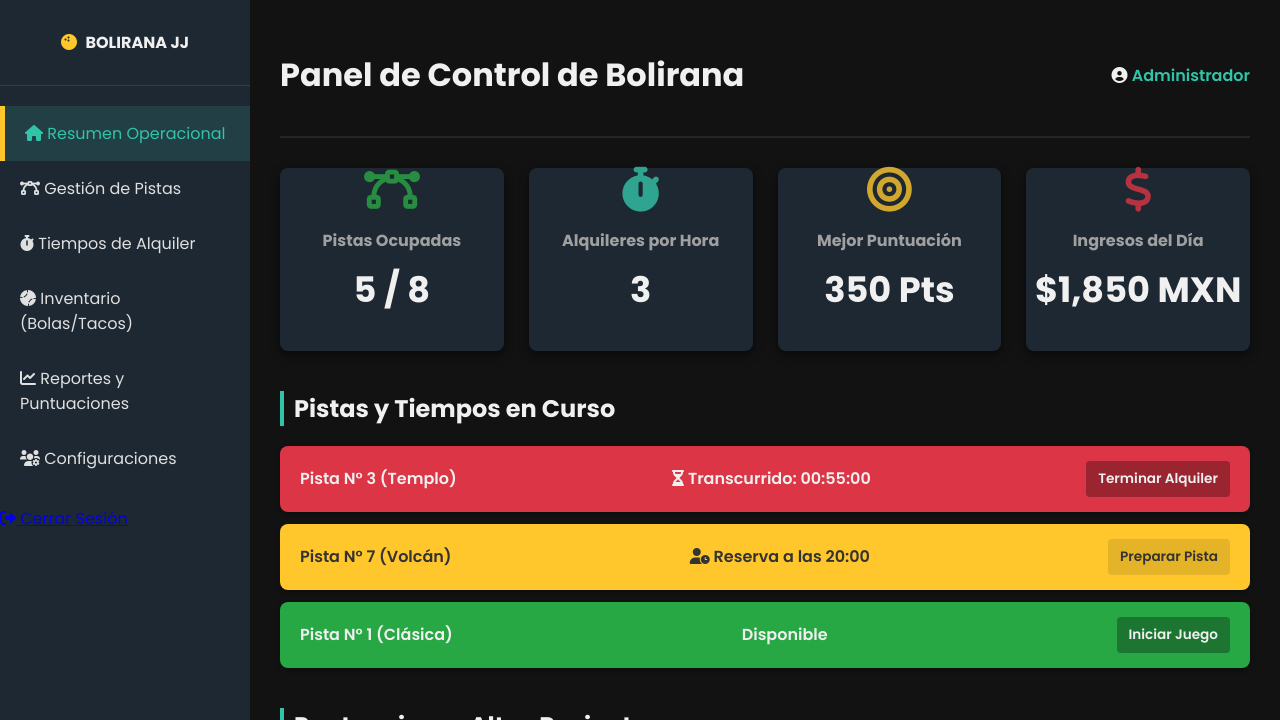
Repository: julianvargas55/ProyectoFormativoBilliarJJ
Page: http://localhost/administrador/Bolirana
The author's editor kept a copy of each file at every save. The page is drawn from the files as they stood at one save, then again after the next save.
The browser window is 1280 px wide. The pictures show the whole page.
An inner scrolling area shows only its first screen. The page is this project's Thymeleaf template; nobody is signed in. The template is opened directly, without the code that normally fills it, so the values that code supplies are empty.

Above is the page before, as saved 2025-10-10 19:51:20.

### test/src/main/resources/templates/administrador/Bolirana.html
<!DOCTYPE html>
<html lang="es">
<head>
    <meta charset="UTF-8">
    <meta name="viewport" content="width=device-width, initial-scale=1.0">
    <title>Dashboard Integral | BOLIRANA JJ</title>
    <link rel="stylesheet" href="/assets/css/bolirana.css">
    <link rel="stylesheet" href="https://cdnjs.cloudflare.com/ajax/libs/font-awesome/6.0.0-beta3/css/all.min.css">
</head>
<body>
    <div class="main-dashboard-container">

        <aside class="sidebar-menu">
            <div class="logo-sidebar">
                <i class="fas fa-bowling-ball"></i> BOLIRANA JJ
            </div>
            <nav>
                <ul>
                    <li class="active"><a href="#"><i class="fas fa-home"></i> Resumen Operacional</a></li>

                    <li><a href="#"><i class="fas fa-bezier-curve"></i> Gestión de Pistas</a></li>

                    <li><a href="#"><i class="fas fa-stopwatch"></i> Tiempos de Alquiler</a></li>

                    <li><a href="#"><i class="fas fa-baseball-ball"></i> Inventario (Bolas/Tacos)</a></li>

                    <li><a href="#"><i class="fas fa-chart-line"></i> Reportes y Puntuaciones</a></li>
                    <li><a href="#"><i class="fas fa-users-cog"></i> Configuraciones</a></li>
                </ul>
            </nav>
            <div class="sidebar-footer">
                <a href="#"><i class="fas fa-sign-out-alt"></i> Cerrar Sesión</a>
            </div>
        </aside>

        <main class="dashboard-content">

            <header class="dashboard-header">
                <h1>Panel de Control de Bolirana</h1>
                <div class="user-info">
                    <i class="fas fa-user-circle"></i>
                    <span style="color: var(--color-acento-principal);">Administrador</span>
                </div>
            </header>

            <section class="metrics-grid">

                <div class="metric-card">
                    <i class="fas fa-bezier-curve card-icon green"></i>
                    <h2>Pistas Ocupadas</h2>
                    <p class="value">5 / 8</p>
                </div>

                <div class="metric-card">
                    <i class="fas fa-stopwatch card-icon blue"></i>
                    <h2>Alquileres por Hora</h2>
                    <p class="value">3</p>
                </div>

                <div class="metric-card">
                    <i class="fas fa-bullseye card-icon yellow"></i>
                    <h2>Mejor Puntuación</h2>
                    <p class="value">350 Pts</p>
                </div>

                <div class="metric-card">
                    <i class="fas fa-dollar-sign card-icon red"></i>
                    <h2>Ingresos del Día</h2>
                    <p class="value">$1,850 MXN</p>
                </div>
            </section>

            <section class="live-tables">
                <h2>Pistas y Tiempos en Curso</h2>

                <div class="table-list">

                    <div class="table-item occupied">
                        <span class="table-number">Pista N° 3 (Templo)</span>
                        <span class="time-elapsed"><i class="fas fa-hourglass-half"></i> Transcurrido: 00:55:00</span>
                        <span class="action-btn">Terminar Alquiler</span>
                    </div>

                    <div class="table-item reserved">
                        <span class="table-number">Pista N° 7 (Volcán)</span>
                        <span class="time-elapsed"><i class="fas fa-user-clock"></i> Reserva a las 20:00</span>
                        <span class="action-btn">Preparar Pista</span>
                    </div>

                     <div class="table-item available">
                        <span class="table-number">Pista N° 1 (Clásica)</span>
                        <span class="time-elapsed">Disponible</span>
                        <span class="action-btn">Iniciar Juego</span>
                    </div>
                </div>
            </section>

            <section class="live-tables" style="margin-top: 40px;">
                <h2>Puntuaciones Altas Recientes</h2>
                <div class="table-list">

                    <div class="table-item" style="background-color: #31404d;">
                        <span class="table-number"><i class="fas fa-trophy"></i> Equipo "Los Maestros"</span>
                        <span class="time-elapsed">Pista 3 - Puntuación: 350 pts</span>
                        <span class="action-btn">Ver Historial</span>
                    </div>

                    <div class="table-item" style="background-color: #31404d;">
                        <span class="table-number"><i class="fas fa-star"></i> Jugador: Sofía M.</span>
                        <span class="time-elapsed">Pista 5 - Puntuación: 280 pts</span>
                        <span class="action-btn">Ver Historial</span>
                    </div>
                </div>
            </section>

        </main>
    </div>
</body>
</html>

### test/src/main/resources/static/assets/css/bolirana.css
/* ==========================================================
   TIPOGRAFÍA Y FUENTE EXTERNA
   ========================================================== */
@import url('https://fonts.googleapis.com/css2?family=Poppins:wght@300;400;600;700&display=swap');

/* ==========================================================
   1. VARIABLES Y ESTILOS GLOBALES
   ========================================================== */

/* Variables de Color Finales */
:root {
    --color-fondo-general: #121212;
    --color-panel-oscuro: #1e2832;
    --color-panel-claro: #26333e;
    --color-input-fondo: #31404d;
    --color-acento-principal: #32c4a9; /* Verde-Azul (Moderno) */
    --color-acento-secundario: #ffc72c; /* Amarillo/Dorado (Títulos/Alertas) */
    --color-texto-claro: #f0f0f0;
    --color-texto-gris: #a0a0a0;
    --border-radius-base: 8px;
}

body {
    font-family: 'Poppins', sans-serif;
    margin: 0;
    padding: 0;
    background-color: var(--color-fondo-general);
    color: var(--color-texto-claro);
    display: flex;
    justify-content: center;
    align-items: center;
    min-height: 100vh;
}

/* ----------------------------------------------------------
   2. LOGIN Y REGISTRO (Diseño de Dos Paneles)
   ---------------------------------------------------------- */

.main-container {
    width: 90%;
    max-width: 1200px;
    height: 80vh;
    background-color: var(--color-panel-claro);
    border-radius: 15px;
    box-shadow: 0 15px 40px rgba(0, 0, 0, 0.7);
    display: flex;
    flex-direction: column;
    overflow: hidden;
}

/* Barra Superior (Login/Registro) */
.top-bar {
    display: flex;
    justify-content: space-between;
    align-items: center;
    padding: 20px 40px;
    border-bottom: 1px solid rgba(255, 255, 255, 0.05);
}

.logo {
    font-weight: 700;
    font-size: 1.6em;
}

.login-button, .register-button {
    background-color: transparent;
    border: 1px solid var(--color-texto-gris);
    color: var(--color-texto-gris);
    padding: 8px 18px;
    border-radius: var(--border-radius-base);
    cursor: pointer;
    transition: all 0.3s ease;
}

.login-button:hover, .register-button:hover {
    background-color: var(--color-acento-principal);
    border-color: var(--color-acento-principal);
    color: var(--color-panel-oscuro);
}

/* Paneles de Contenido */
.content-wrapper {
    flex-grow: 1;
    display: flex;
}

.left-panel {
    flex: 0 0 350px;
    background-color: var(--color-panel-oscuro);
    padding: 40px;
    display: flex;
    flex-direction: column;
    justify-content: center;
}

.right-panel {
    flex-grow: 1;
    background: linear-gradient(to right, #26333e, #1e2832);
    display: flex;
    flex-direction: column;
    justify-content: center;
    align-items: center;
    text-align: center;
    padding: 40px;
}

.right-panel h1 {
    font-size: 5em;
    font-weight: 700;
    margin-bottom: 20px;
    letter-spacing: 4px;
    text-shadow: 0 0 15px rgba(0, 0, 0, 0.8);
}

.right-panel p {
    font-size: 1.1em;
    color: #c0c0c0;
    max-width: 600px;
    line-height: 1.6;
}

/* Formulario y Controles */
.input-group {
    position: relative;
    margin-bottom: 25px;
}

.input-group i {
    position: absolute;
    left: 15px;
    top: 50%;
    transform: translateY(-50%);
    color: var(--color-texto-gris);
    font-size: 1.1em;
    transition: color 0.3s;
}

.input-group input, .left-panel select, .left-panel textarea {
    width: 100%;
    padding: 12px 12px 12px 45px;
    border: none;
    border-radius: var(--border-radius-base);
    background-color: var(--color-input-fondo);
    color: var(--color-texto-claro);
    box-shadow: inset 2px 2px 5px rgba(0, 0, 0, 0.4);
    box-sizing: border-box;
    outline: none;
    transition: box-shadow 0.3s;
}

.input-group select {
    appearance: none;
}

.input-group input:focus, .left-panel select:focus, .left-panel textarea:focus {
    box-shadow: inset 1px 1px 2px rgba(0, 0, 0, 0.6), 0 0 0 3px var(--color-acento-principal);
}

.submit-button {
    width: 100%;
    padding: 15px;
    background-color: var(--color-acento-principal);
    color: var(--color-panel-oscuro);
    font-weight: 600;
    border: none;
    border-radius: var(--border-radius-base);
    cursor: pointer;
    margin-top: 20px;
    box-shadow: 0 5px 15px rgba(50, 196, 169, 0.4);
    transition: all 0.3s ease;
}

.submit-button:hover {
    background-color: #2ab398;
    transform: translateY(-2px);
    box-shadow: 0 8px 20px rgba(50, 196, 169, 0.5);
}

.login-link-bottom a, .forgot-password a {
    color: var(--color-acento-principal);
    text-decoration: none;
    font-weight: 600;
    transition: color 0.3s;
}

/* ----------------------------------------------------------
   3. DASHBOARDS (Menú Lateral - Billar, Tejo, Bolirana)
   ---------------------------------------------------------- */

.main-dashboard-container {
    display: flex;
    width: 100vw;
    height: 100vh;
    overflow: hidden;
    background-color: var(--color-fondo-general);
    max-width: none;
    border-radius: 0;
    box-shadow: none;
}

/* Sidebar */
.sidebar-menu {
    flex: 0 0 250px;
    background-color: var(--color-panel-oscuro);
    padding: 20px 0;
    display: flex;
    flex-direction: column;
}

.logo-sidebar {
    font-weight: 700;
    text-align: center;
    padding: 10px 0 30px 0;
    border-bottom: 1px solid rgba(255, 255, 255, 0.1);
}

.logo-sidebar i {
    color: var(--color-acento-secundario);
    margin-right: 5px;
}

.sidebar-menu nav ul {
    list-style: none;
    padding: 0;
    margin: 20px 0;
}

.sidebar-menu nav ul li a {
    display: block;
    padding: 15px 20px;
    color: #e0e0e0;
    text-decoration: none;
    transition: background-color 0.3s, color 0.3s;
}

.sidebar-menu nav ul li.active a {
    background-color: rgba(50, 196, 169, 0.15);
    color: var(--color-acento-principal);
    border-left: 5px solid var(--color-acento-secundario);
}

.sidebar-menu nav ul li a:hover {
    background-color: var(--color-input-fondo);
    color: var(--color-texto-claro);
}

/* Contenido Principal */
.dashboard-content {
    flex-grow: 1;
    padding: 30px;
    overflow-y: auto;
    background-color: var(--color-fondo-general);
}

.dashboard-header {
    display: flex;
    justify-content: space-between;
    align-items: center;
    margin-bottom: 30px;
    border-bottom: 2px solid rgba(255, 255, 255, 0.08);
    padding-bottom: 15px;
}

.user-info span {
    font-weight: 600;
    color: var(--color-acento-principal);
}

/* Métricas (Tarjetas) */
.metrics-grid {
    display: grid;
    grid-template-columns: repeat(auto-fit, minmax(220px, 1fr));
    gap: 25px;
    margin-bottom: 40px;
}

.metric-card {
    background-color: var(--color-panel-oscuro);
    border-radius: var(--border-radius-base);
    box-shadow: 0 4px 10px rgba(0, 0, 0, 0.5);
    text-align: center;
    transition: transform 0.3s;
}

.metric-card:hover {
    transform: translateY(-5px);
    box-shadow: 0 10px 20px rgba(0, 0, 0, 0.6);
}

.card-icon {
    font-size: 2.8em;
    margin-bottom: 10px;
    opacity: 0.8;
}

.card-icon.green { color: #28a745; }
.card-icon.blue { color: var(--color-acento-principal); }
.card-icon.yellow { color: var(--color-acento-secundario); }
.card-icon.red { color: #dc3545; }

.metric-card h2 {
    font-size: 1em;
    color: var(--color-texto-gris);
    margin: 5px 0;
}

.metric-card .value {
    font-size: 2.2em;
    font-weight: 700;
    margin-top: 10px;
    color: var(--color-texto-claro);
}

/* Lista de Mesas/Canchas/Pistas en Vivo */
.live-tables h2 {
    color: var(--color-texto-claro);
    border-left: 4px solid var(--color-acento-principal);
    padding-left: 10px;
}

.table-list {
    display: flex;
    flex-direction: column;
    gap: 12px;
}

.table-item {
    display: flex;
    justify-content: space-between;
    align-items: center;
    padding: 15px 20px;
    border-radius: var(--border-radius-base);
    font-weight: 600;
    box-shadow: 0 2px 5px rgba(0, 0, 0, 0.3);
    transition: background-color 0.3s;
}

/* Colores de estado */
.table-item.occupied { background-color: #dc3545; }
.table-item.available { background-color: #28a745; }
.table-item.reserved {
    background-color: var(--color-acento-secundario);
    color: #333;
}
.table-item.reserved .action-btn {
    color: #333;
    background-color: rgba(0, 0, 0, 0.1);
}
.table-item.item-low { background-color: #dc3545; } /* Para alertas de stock/estado */
.table-item.item-low .action-btn {
    color: var(--color-texto-claro);
    background-color: rgba(0, 0, 0, 0.3);
}


.action-btn {
    cursor: pointer;
    background-color: rgba(0, 0, 0, 0.3);
    padding: 8px 12px;
    border-radius: 4px;
    font-size: 0.85em;
    transition: background-color 0.2s;
}

/* ----------------------------------------------------------
   4. ESTILOS DE TABLAS DE INVENTARIO (Usados en paneles)
   ---------------------------------------------------------- */

.data-table {
    width: 100%;
    border-collapse: collapse;
    background-color: var(--color-panel-oscuro);
    border-radius: var(--border-radius-base);
    overflow: hidden;
    box-shadow: 0 4px 10px rgba(0, 0, 0, 0.4);
}

.data-table th {
    background-color: var(--color-input-fondo);
    color: var(--color-acento-secundario);
    padding: 15px 10px;
    text-align: left;
    font-weight: 600;
}

.data-table td {
    padding: 12px 10px;
    border-bottom: 1px solid var(--color-fondo-general);
    color: #e0e0e0;
}

.data-table tr:hover {
    background-color: rgba(50, 196, 169, 0.1);
}

.edit-btn, .delete-btn {
    background: none;
    border: none;
    font-size: 1em;
    padding: 5px 8px;
    margin-left: 5px;
    cursor: pointer;
    transition: color 0.2s;
}

.edit-btn { color: var(--color-acento-principal); }
.edit-btn:hover { color: #1a6f5e; }

.delete-btn { color: #dc3545; }
.delete-btn:hover { color: #9f2a37; }


/* ----------------------------------------------------------
   5. MEDIA QUERIES (Responsive Design)
   ---------------------------------------------------------- */

@media (max-width: 900px) {
    /* Aquí irían ajustes para layouts de 2 columnas si fueran necesarios */
}

@media (max-width: 768px) {
    .main-container, .main-dashboard-container {
        flex-direction: column;
        height: auto;
    }

    .sidebar-menu {
        flex: none;
        width: 100%;
        padding: 0;
    }

    .sidebar-menu nav ul {
        display: flex;
        overflow-x: auto;
        border-bottom: 1px solid rgba(255, 255, 255, 0.1);
        margin: 0;
    }

    .sidebar-menu nav ul li {
        flex-shrink: 0;
    }

    .sidebar-footer {
        display: none;
    }

    .dashboard-header {
        flex-direction: column;
        align-items: flex-start;
    }

    .table-item {
        flex-direction: column;
        align-items: flex-start;
        gap: 10px;
    }
}

After the next save:
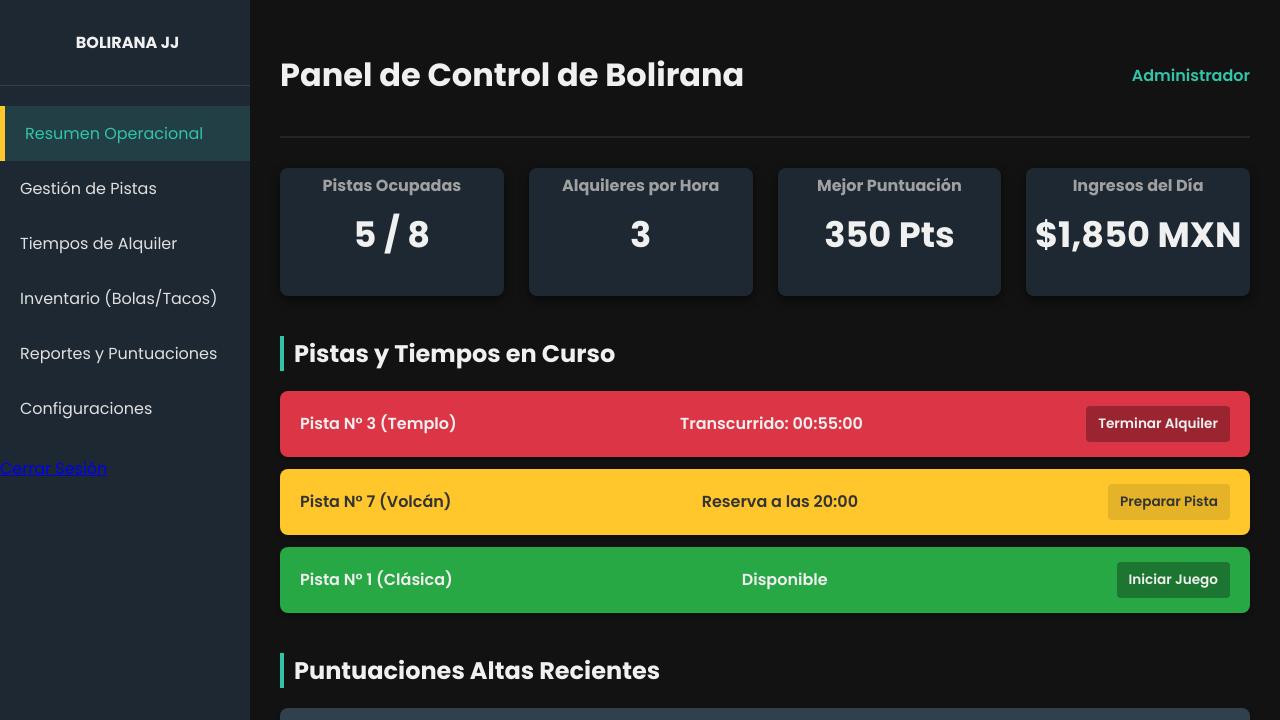
Saved 101 s later.
--- a/test/src/main/resources/templates/administrador/Bolirana.html
+++ b/test/src/main/resources/templates/administrador/Bolirana.html
@@ -4,8 +4,8 @@
     <meta charset="UTF-8">
     <meta name="viewport" content="width=device-width, initial-scale=1.0">
     <title>Dashboard Integral | BOLIRANA JJ</title>
-    <link rel="stylesheet" href="/assets/css/bolirana.css">
-    <link rel="stylesheet" href="https://cdnjs.cloudflare.com/ajax/libs/font-awesome/6.0.0-beta3/css/all.min.css">
+    <link rel="stylesheet" th:href="@{/assets/css/bolirana.css}">
+
 </head>
 <body>
     <div class="main-dashboard-container">
@@ -16,20 +16,20 @@
             </div>
             <nav>
                 <ul>
-                    <li class="active"><a href="#"><i class="fas fa-home"></i> Resumen Operacional</a></li>
+                    <li class="active"><a th:href="@{/#}"><i class="fas fa-home"></i> Resumen Operacional</a></li>
 
-                    <li><a href="#"><i class="fas fa-bezier-curve"></i> Gestión de Pistas</a></li>
+                    <li><a th:href="@{/#}"><i class="fas fa-bezier-curve"></i> Gestión de Pistas</a></li>
 
-                    <li><a href="#"><i class="fas fa-stopwatch"></i> Tiempos de Alquiler</a></li>
+                    <li><a th:href="@{/#}"><i class="fas fa-stopwatch"></i> Tiempos de Alquiler</a></li>
 
-                    <li><a href="#"><i class="fas fa-baseball-ball"></i> Inventario (Bolas/Tacos)</a></li>
+                    <li><a th:href="@{/#}"><i class="fas fa-baseball-ball"></i> Inventario (Bolas/Tacos)</a></li>
 
-                    <li><a href="#"><i class="fas fa-chart-line"></i> Reportes y Puntuaciones</a></li>
-                    <li><a href="#"><i class="fas fa-users-cog"></i> Configuraciones</a></li>
+                    <li><a th:href="@{/#}"><i class="fas fa-chart-line"></i> Reportes y Puntuaciones</a></li>
+                    <li><a th:href="@{/#}"><i class="fas fa-users-cog"></i> Configuraciones</a></li>
                 </ul>
             </nav>
             <div class="sidebar-footer">
-                <a href="#"><i class="fas fa-sign-out-alt"></i> Cerrar Sesión</a>
+                <a th:href="@{/#}"><i class="fas fa-sign-out-alt"></i> Cerrar Sesión</a>
             </div>
         </aside>
 
